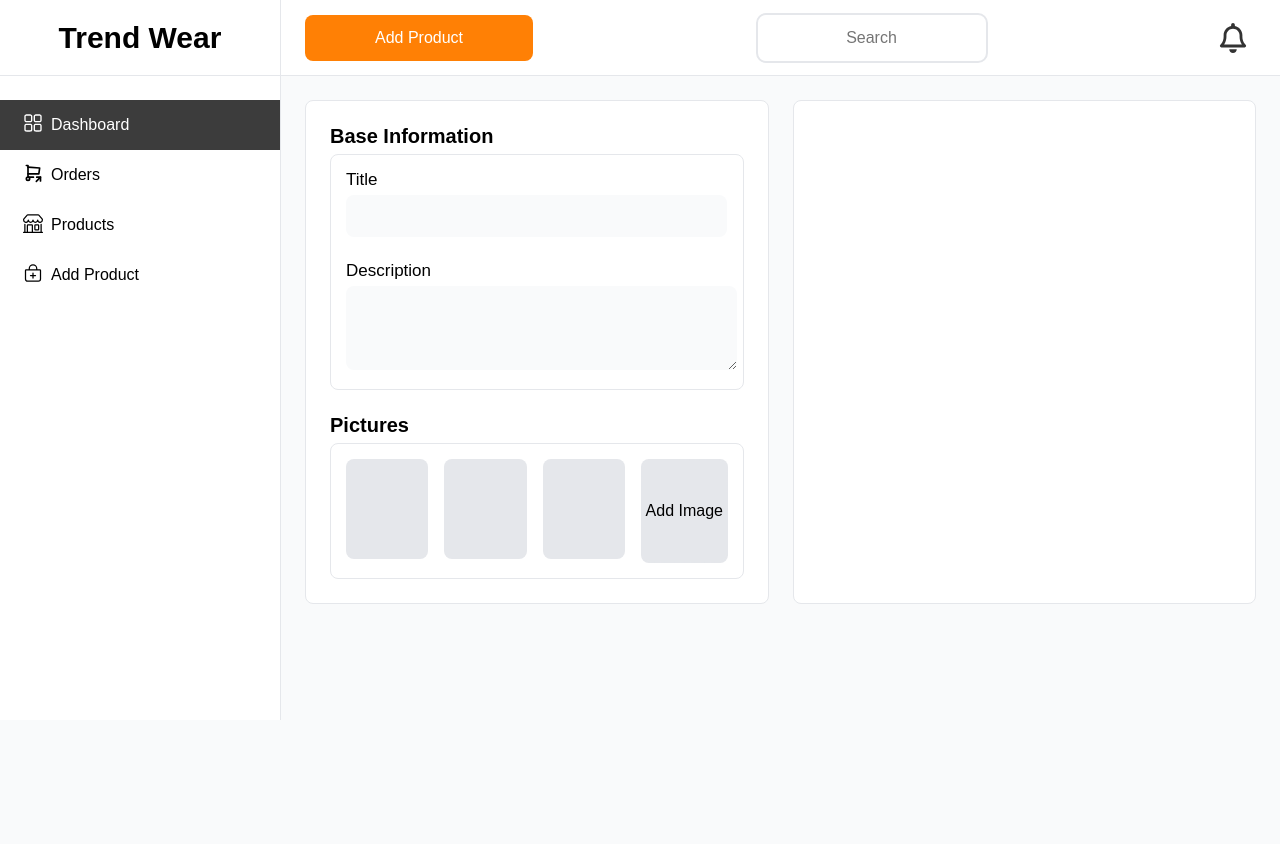
Repository: ahmad-dev7/TrendWear
Page: / (app in trend_wear_dashboard/)
The author's editor kept a copy of each file at every save. The page is drawn from the files as they stood at one save, then again after the next save.
The browser window is 1280 px wide. The pictures show the whole page.
The project was rebuilt for these pictures with package versions that can differ from the ones it lists, and the page was loaded fresh each time. Also part of the build but not shown: trend_wear_dashboard/vite.config.ts.

Above is the page before, as saved 2025-01-20 04:02:12.

### trend_wear_dashboard/index.html
<!doctype html>
<html lang="en">

<head>
  <meta charset="UTF-8" />
  <link rel="icon" type="image/svg+xml" href="/vite.svg" />
  <meta name="viewport" content="width=device-width, initial-scale=1.0" />
  <title>Trend Wear</title>
</head>

<body>
  <div id="root"></div>
  <script type="module" src="/src/main.tsx"></script>
</body>

</html>

### trend_wear_dashboard/src/main.tsx
import { StrictMode } from "react";
import { createRoot } from "react-dom/client";
//import "bootstrap/dist/css/bootstrap.css";
import "./App.css";
import App from "./App.tsx";

createRoot(document.getElementById("root")!).render(
  <StrictMode>
    <App />
  </StrictMode>
);

### trend_wear_dashboard/src/App.css
body {
    background-color: #F9FAFB;
    padding: 0;
    margin: 0;
    font-family: Arial, Helvetica, sans-serif;

}

#parent {
    display: flex;
}

### trend_wear_dashboard/src/App.tsx
import { useState } from "react";
import Body from "./Components/Body/Body";
import Navbar from "./Components/Navbar/Navbar";
import Sidebar from "./Components/Sidebar/Sidebar";
import AddProducts from "./Components/AddProduct/AddProduct";
//import Dashboard from "./Components/Dashboard/Dashboard";

function App() {
  const [body, setBody] = useState("Dashboard");

  console.log(body);

  return (
    <div id="parent">
      <Sidebar onSelectTab={setBody} />
      <div style={{ flex: 1 }}>
        <Navbar />
        <Body>
          <AddProducts />
        </Body>
      </div>
    </div>
  );
}

export default App;

### trend_wear_dashboard/src/Components/Body/Body.tsx
// Body.tsx
import "./Body.css";

interface Props {
  children: React.ReactNode;
}

const Body = ({ children }: Props) => {
  return <div id="body-content">{children}</div>;
};

export default Body;

### trend_wear_dashboard/src/Components/Navbar/Navbar.tsx
import "./Navbar.css";
import { FaRegBell } from "react-icons/fa6";

const Navbar = () => {
  return (
    <div>
      <div id="top-navbar">
        <div className="nav-item add-product-button">Add Product</div>
        <input className="nav-item" placeholder="Search" type="text" />
        <FaRegBell className="nav-item icon"></FaRegBell>
      </div>
    </div>
  );
};

export default Navbar;

### trend_wear_dashboard/src/Components/Sidebar/Sidebar.tsx
import "./Sidebar.css";
import { RxDashboard } from "react-icons/rx";
import { TbShoppingCartShare } from "react-icons/tb";
import { BsShop } from "react-icons/bs";
import { IoBagAddOutline } from "react-icons/io5";
import { useState } from "react";

interface Props {
  onSelectTab: (tab: string) => void;
}

interface Tabs {
  icon: JSX.Element;
  label: string;
}

const Sidebar = ({ onSelectTab }: Props) => {
  const tabs: Tabs[] = [
    { label: "Dashboard", icon: <RxDashboard size={20} /> },
    { label: "Orders", icon: <TbShoppingCartShare size={20} /> },
    { label: "Products", icon: <BsShop size={20} /> },
    { label: "Add Product", icon: <IoBagAddOutline size={20} /> },
  ];

  const [active, setTab] = useState("Dashboard");

  return (
    <div id="sidebar">
      <div className="header">Trend Wear</div>
      <ul id="sidebar-content">
        {tabs.map((tab) => (
          <li
            key={tab.label}
            className={"tab " + (tab.label == active && "active")}
            onClick={() => {
              setTab(tab.label);
              onSelectTab(tab.label);
            }}
          >
            <div className="icon">{tab.icon}</div>
            <div className="label">{tab.label}</div>
          </li>
        ))}
      </ul>
    </div>
  );
};

export default Sidebar;

### trend_wear_dashboard/src/Components/AddProduct/AddProduct.tsx
import "./AddProduct.css";
import ProductDetails from "./ProductDetails";
import ProductPreview from "./ProductPreview";
const AddProduct = () => {
  return (
    <div className="parent">
      <div className="child">
        <ProductDetails />
      </div>

      <div className="child ">
        <ProductPreview />
      </div>
    </div>
  );
};

export default AddProduct;

### trend_wear_dashboard/src/Components/Body/Body.css
#body-content {
    display: flex;
    flex-direction: column;
    margin: 24px;
    height: 100vh;
    width: calc(100% - 48px);
    box-sizing: border-box;
}

### trend_wear_dashboard/src/Components/Navbar/Navbar.css
#top-navbar {
    display: flex;
    justify-content: space-between;
    align-items: center;
    /* padding: 0 24px; */
    background-color: white;
    height: 75px;
    width: 100%;
    border-bottom: 1px solid #e5e7eb;
}

.nav-item {
    font-size: 16px;
    color: #333;
    text-align: center;
    width: 200px;
    border-radius: 8px;
    padding: 14px;
    text-decoration: none;
}

.add-product-button {
    color: white;
    margin-left: 24px;
    background-color: #ff8005;
}

#top-navbar input {
    border: none;
    outline: 2px solid #e5e7eb;
    flex-grow: 1;
    max-width: 200px;
}

#top-navbar .icon {
    height: 30px;
    width: 30px;
    margin-right: 24px;
}

### trend_wear_dashboard/src/Components/Sidebar/Sidebar.css
/* Sidebar.css */
#sidebar {
    background-color: white;
    width: 280px;
    height: 100vh;
    border-right: 1px solid #e5e7eb;
}

#sidebar .header {
    display: flex;
    justify-content: center;
    align-items: center;
    height: 75px;
    font-size: 30px;
    font-weight: bold;
    background-color: white;
    text-align: center;
    border-bottom: 1px solid #e5e7eb;
}

#sidebar-content {
    list-style-type: none;
    margin-top: 24px;
    padding: 0;
    cursor: pointer;
}

#sidebar-content .tab {
    height: 50px;
    color: black;
    display: flex;
    align-items: center;
    padding-left: 15px;
}

.icon {
    padding: 8px;
}

#sidebar-content .active {
    background-color: #3c3c3c;
    color: white;
}

#sidebar-content .tab:hover:not(.active) {
    background-color: #e5e7eb;
}

### trend_wear_dashboard/src/Components/AddProduct/AddProduct.css
/* AddProduct.css */
.parent {
    display: flex;
    width: 100%;
    gap: 24px;
    box-sizing: border-box;
}

.child {
    flex: 1;
    text-align: center;
    background-color: white;
    border: 1px solid #e5e7eb;
    border-radius: 8px;
}

### trend_wear_dashboard/src/Components/AddProduct/ProductDetails.tsx
import "./ProductDetails.css";
import Spacer from "../../Constants/Spacer";
import DetailsSectionContainer from "../../Constants/ProductDetailSection/DetailsSectionContainer";
import LabeledInputField from "../../Constants/LabeledInputField/LabeledInputField";
import LabeledTextArea from "../../Constants/LabeledInputField/LabeledTextarea";

const ProductDetails = () => {
  return (
    <>
      <div className="product-detail-container">
        <DetailsSectionContainer heading="Base Information">
          <LabeledInputField>Title</LabeledInputField>
          <Spacer height="24px" />
          <LabeledTextArea>Description</LabeledTextArea>
        </DetailsSectionContainer>
        <Spacer height="24px" />

        <DetailsSectionContainer heading="Pictures">
          <div className="picture-container-parent">
            <div className="img-container"></div>
            <div className="img-container"></div>
            <div className="img-container"></div>
            <div className="img-container add-more">Add Image</div>
          </div>
        </DetailsSectionContainer>
      </div>
    </>
  );
};

export default ProductDetails;

### trend_wear_dashboard/src/Components/AddProduct/ProductPreview.tsx
const ProductPreview = () => {
  return <div> </div>;
};

export default ProductPreview;

### trend_wear_dashboard/src/Components/AddProduct/ProductDetails.css
.product-detail-container {
    margin: 0px;
    padding: 24px;
    text-align: start;
}

/* Parent container to hold the items in a row */
.picture-container-parent {
    display: flex;
    /* Enable flexbox */
    justify-content: space-between;
    /* Optional: space between items, adjust as needed */
    gap: 16px;
    /* Optional: adds space between items */
}

/* Style for each img-container */
.img-container {
    flex: 1;
    /* Adjust width as needed */
    height: 100px;
    /* Adjust height as needed */
    background-color: #e5e7eb;
    /* Optional: background color */
    border-radius: 8px;
    display: flex;
    align-items: center;
    text-align: center;
    justify-content: center;
}

.picture-container-parent .add-more {
    border: dashed 2px #e5e7eb;

}

### trend_wear_dashboard/src/Constants/Spacer.tsx
interface Props {
  height?: string;
  width?: string;
}

const Spacer = ({ height = "0px", width = "0px" }: Props) => {
  return <div style={{ height: height, width: width }}></div>;
};

export default Spacer;

### trend_wear_dashboard/src/Constants/ProductDetailSection/DetailsSectionContainer.tsx
import "./ProductDetailSection.css";

interface Props {
  children: React.ReactNode;
  heading: string;
}

const DetailsSectionContainer = ({ children, heading }: Props) => {
  return (
    <>
      <p id="details-section-container-heading">{heading}</p>
      <div id="details-section-container">{children}</div>
    </>
  );
};

export default DetailsSectionContainer;

### trend_wear_dashboard/src/Constants/LabeledInputField/LabeledInputField.tsx
import "./LabeledInputField.css";
interface Props {
  children: React.ReactNode;
}

const LabeledInputField = ({ children }: Props) => {
  return (
    <>
      <p id="input-field-label">{children}</p>
      <input id="input-field" type="text" />
    </>
  );
};

export default LabeledInputField;

### trend_wear_dashboard/src/Constants/LabeledInputField/LabeledTextarea.tsx
interface Props {
  children: React.ReactNode;
}

const LabeledTextArea = ({ children }: Props) => {
  return (
    <>
      <p id="input-field-label">{children}</p>
      <textarea id="input-field-textarea" />
    </>
  );
};

export default LabeledTextArea;

### trend_wear_dashboard/src/Constants/ProductDetailSection/ProductDetailSection.css
#details-section-container-heading {
    margin: 0px;
    margin-bottom: 6px;
    font-size: 20px;
    font-weight: 700;
}

#details-section-container {
    border: 1px solid #e5e7eb;
    padding: 15px;
    background-color: white;
    border-radius: 8px;
}

### trend_wear_dashboard/src/Constants/LabeledInputField/LabeledInputField.css
#input-field-label {
    margin: 0px;
    font-size: 17px;
    font-weight: 500;
    margin-bottom: 5px;
}

#input-field,
#input-field-textarea {
    border: none;
    outline: none;
    width: calc(100% - 15px);
    height: 40px;
    font-size: 20px;
    border-radius: 8px;
    padding-left: 12px;
    background-color: #F9FAFB;
}

#input-field-textarea {
    height: 60px;
    padding: 12px;
}

After the next save:
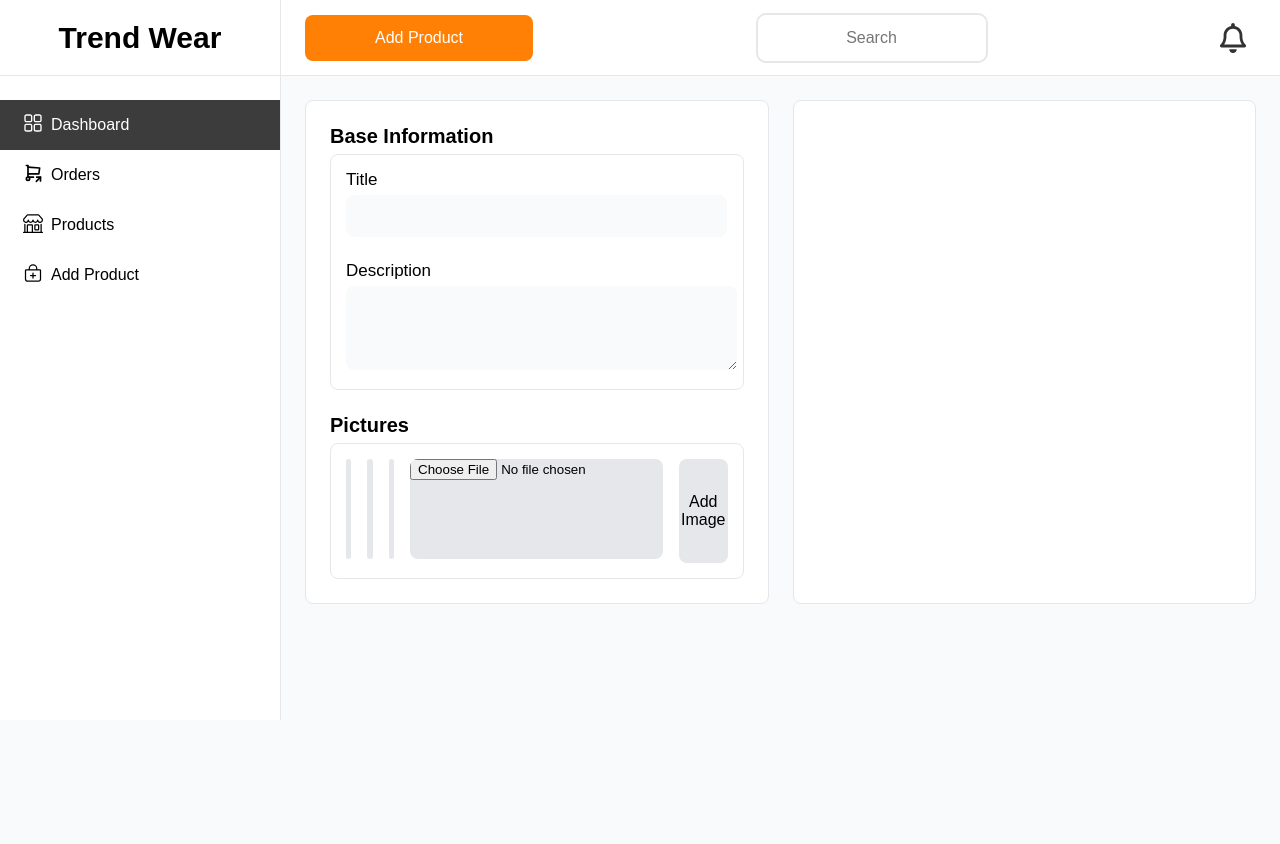
Saved 5 h 45 min later.
--- a/trend_wear_dashboard/src/Components/AddProduct/ProductDetails.tsx
+++ b/trend_wear_dashboard/src/Components/AddProduct/ProductDetails.tsx
@@ -20,6 +20,12 @@ const ProductDetails = () => {
             <div className="img-container"></div>
             <div className="img-container"></div>
             <div className="img-container"></div>
+            <input
+              className="img-container"
+              type="file"
+              name="Add Image"
+              id="image"
+            />
             <div className="img-container add-more">Add Image</div>
           </div>
         </DetailsSectionContainer>
